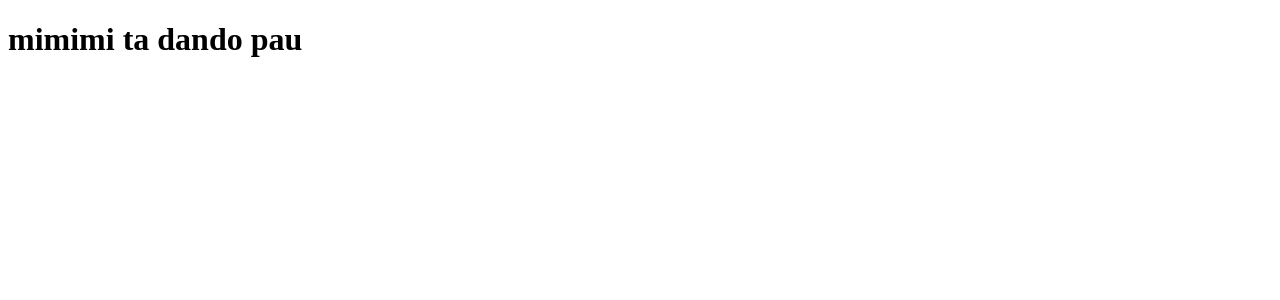
Repository: JulioCesarSF/Java
Page: ProjetosFaculdade/Thiago/Exercicio_01/WebContent/erro-404.html
These files come from the project's save history. The page is drawn as it stood at one moment and after the next save; the edit follows.
The browser window is 1280 px wide. The pictures show the whole page.

Above is the page before, as saved 2016-08-17 17:55:48.

### ProjetosFaculdade/Thiago/Exercicio_01/WebContent/erro-404.html
<!DOCTYPE html>
<html>
<head>
<meta charset="UTF-8">
<title>404</title>
</head>
<body>
	<h1>mimimi ta dando pau</h1>
</body>
</html>

After the next save:
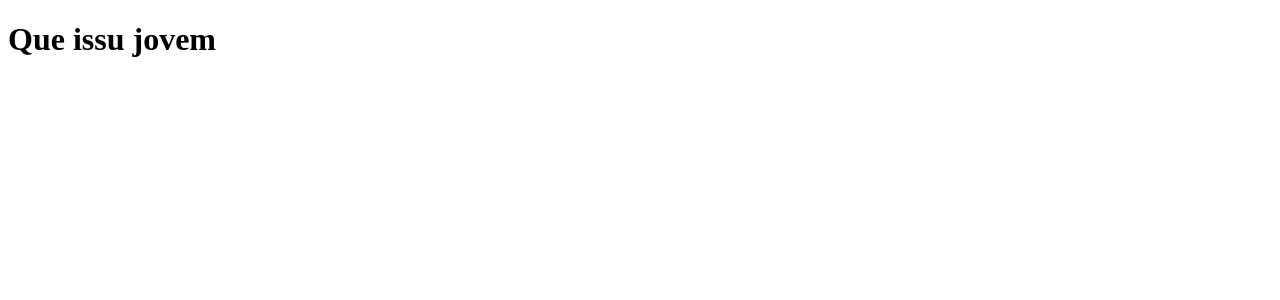
Saved 2 min 3 s later.
--- a/ProjetosFaculdade/Thiago/Exercicio_01/WebContent/erro-404.html
+++ b/ProjetosFaculdade/Thiago/Exercicio_01/WebContent/erro-404.html
@@ -5,6 +5,6 @@
 <title>404</title>
 </head>
 <body>
-	<h1>mimimi ta dando pau</h1>
+	<h1>Que issu jovem</h1>
 </body>
 </html>
